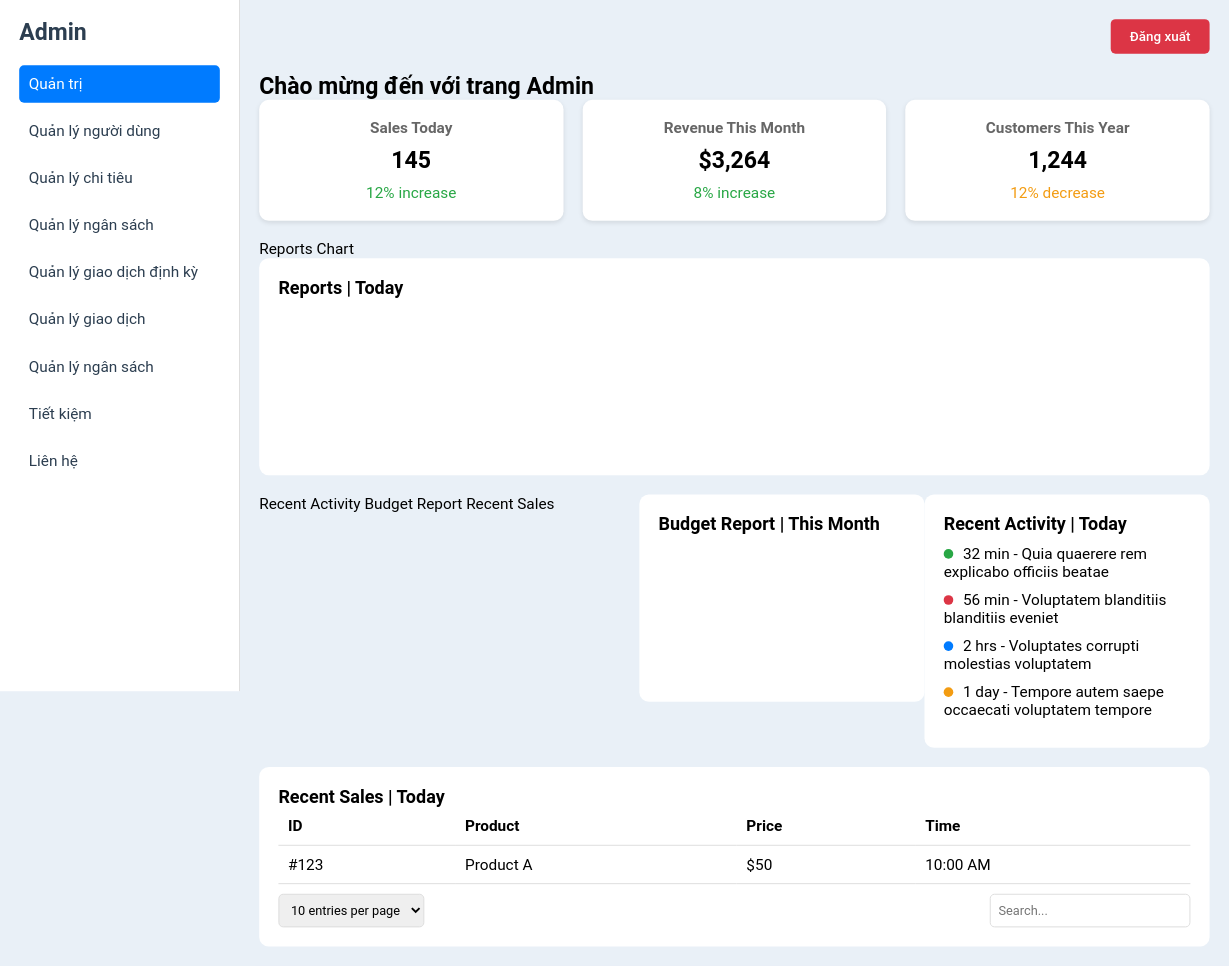
Repository: PhanVanHoa051204/Project3
Page: http://localhost/Project3/dashboard.jsp
These files come from the project's save history. The page is drawn as it stood at one moment and after the next save; the edit follows.
The browser window is 1280 px wide. The pictures show the whole page, at 96% of full size.
The page is served by Tomcat 9. Other server files are loaded and not shown.

Above is the page before, as saved 2025-03-14 10:52:56.

### PhanVanHoa_2210900023_K22CNT1/Project3/src/main/webapp/dashboard.jsp
<%@ page language="java" contentType="text/html; charset=UTF-8"
	pageEncoding="UTF-8"%>
<!DOCTYPE html>
<html lang="en">
<head>
<meta charset="UTF-8">
<meta name="viewport" content="width=device-width, initial-scale=1.0">
<title>Admin</title>
<link rel="stylesheet" href="style.css">

</head>
<body>
	<div class="container">
		<!-- Sidebar -->
		<div class="sidebar">
			<div class="logo">Admin</div>
			<ul>
				<li class="active"><a href="#">Quản trị</a></li>
				<li><a class ="" href="${pageContext.request.contextPath}/NguoiDung/users.jsp">Quản lý người dùng</a></li>
				<li><a class ="" href="${pageContext.request.contextPath}/ChiTieu/categories.jsp" >Quản lý chi tiêu</a></li>
				<li><a class ="" href="${pageContext.request.contextPath}/NganSach/budgets.jsp" >Quản lý ngân sách</a></li>
				<li><a href="#">Quản lý giao dịch định kỳ</a></li>
				<li><a href="#">Quản lý giao dịch</a></li>
				<li><a href="#">Quản lý ngân sách</a></li>
				<li><a href="#">Tiết kiệm</a></li>
				<li><a href="https://web.facebook.com/PhanHoa05122004">Liên hệ</a></li>

			</ul>
		</div>

		<!-- Main Content -->
		<div class="main-content">
			<header>
				 <div class="">
					<!-- <input type="" placeholder=""> -->
				</div>
				<div class="submit-section">
					<a href="login.jsp" class="logout-btn">Đăng xuất</a>
				</div>
			</header>

			<!-- <!-- Dashboard Content -->
			<div class="dashboard-content">
				<h2>Chào mừng đến với trang Admin</h2>


				<div class="cards">
					<div class="card">
						<h3>Sales Today</h3>
						<p>145</p>
						<span class="increase">12% increase</span>
					</div>
					<div class="card">
						<h3>Revenue This Month</h3>
						<p>$3,264</p>
						<span class="increase">8% increase</span>
					</div>
					<div class="card">
						<h3>Customers This Year</h3>
						<p>1,244</p>
						<span class="decrease">12% decrease</span>
					</div>
				</div>

				Reports Chart
				<div class="chart-section">
					<h3>Reports | Today</h3>
					<canvas id="reportsChart"></canvas>
				</div>

				Recent Activity
				<div class="recent-activity">
					<h3>Recent Activity | Today</h3>
					<ul>
						<li><span class="dot green"></span>32 min - Quia quaerere rem
							explicabo officiis beatae</li>
						<li><span class="dot red"></span>56 min - Voluptatem
							blanditiis blanditiis eveniet</li>
						<li><span class="dot blue"></span>2 hrs - Voluptates corrupti
							molestias voluptatem</li>
						<li><span class="dot yellow"></span>1 day - Tempore autem
							saepe occaecati voluptatem tempore</li>
					</ul>
				</div>

				Budget Report
				<div class="budget-report">
					<h3>Budget Report | This Month</h3>
					<canvas id="budgetChart"></canvas>
				</div>

				Recent Sales
				<div class="recent-sales">
					<h3>Recent Sales | Today</h3>
					<table>
						<thead>
							<tr>
								<th>ID</th>
								<th>Product</th>
								<th>Price</th>
								<th>Time</th>
							</tr>
						</thead>
						<tbody>
							<tr>
								<td>#123</td>
								<td>Product A</td>
								<td>$50</td>
								<td>10:00 AM</td>
							</tr>

						</tbody>
					</table>
					<div class="table-footer">
						<select>
							<option>10 entries per page</option>
						</select> <input type="text" placeholder="Search...">
					</div>
				</div>
			</div>
		</div>
	</div>

</body>
</html>

### PhanVanHoa_2210900023_K22CNT1/Project3/src/main/webapp/style.css
* {
    margin: 0;
    padding: 0;
    box-sizing: border-box;
    font-family: 'Roboto', sans-serif;
}

body {
    background-color: #E9F0F7;
}

.container {
    display: flex;
}

/* Sidebar */
.sidebar {
    width: 250px;
    background-color: #fff;
    padding: 20px;
    height: 100vh;
    border-right: 1px solid #ddd;
}

.logo {
    font-size: 24px;
    font-weight: bold;
    color: #2C3E50;
    margin-bottom: 20px;
}

.sidebar ul {
    list-style: none;
}

.sidebar ul li {
    margin: 10px 0;
}

.sidebar ul li a {
    text-decoration: none;
    color: #2C3E50;
    display: block;
    padding: 10px;
    border-radius: 5px;
}

.sidebar ul li.active a {
    background-color: #007BFF;
    color: #fff;
}

/* Main Content */
.main-content {
    flex: 1;
    padding: 20px;
}

header {
    display: flex;
    justify-content: space-between;
    align-items: center;
    margin-bottom: 20px;
}

.submit-section {
    display: flex;
    align-items: center;
}

/* Định dạng nút Đăng xuất */
.logout-btn {
    text-decoration: none;
    color: #fff;
    background-color: #DC3545; /* Màu đỏ cho nút Đăng xuất */
    padding: 10px 20px;
    border-radius: 5px;
    transition: background-color 0.3s;
    font-size: 14px;
    font-weight: 500;
    display: inline-block;
}

.logout-btn:hover {
    background-color: #C82333; /* Màu đỏ đậm hơn khi hover */
}

.logout-btn:focus {
    outline: none;
    box-shadow: 0 0 5px rgba(220, 53, 69, 0.5);
}

.search-bar input {
    padding: 8px;
    border: 1px solid #ddd;
    border-radius: 5px;
    width: 300px;
}

.user-info {
    display: flex;
    align-items: center;
}

.user-info span {
    margin-right: 10px;
}

.avatar {
    width: 40px;
    height: 40px;
    border-radius: 50%;
}

/* Cards */
.cards {
    display: flex;
    gap: 20px;
    margin-bottom: 20px;
}

.card {
    background-color: #fff;
    padding: 20px;
    border-radius: 10px;
    flex: 1;
    text-align: center;
    box-shadow: 0 2px 5px rgba(0, 0, 0, 0.1);
}

.card h3 {
    font-size: 16px;
    color: #666;
}

.card p {
    font-size: 24px;
    font-weight: bold;
    margin: 10px 0;
}

.increase {
    color: #28A745;
}

.decrease {
    color: #F39C12;
}

/* Chart Section */
.chart-section {
    background-color: #fff;
    padding: 20px;
    border-radius: 10px;
    margin-bottom: 20px;
}

.chart-section h3 {
    margin-bottom: 10px;
}

/* Recent Activity */
.recent-activity {
    background-color: #fff;
    padding: 20px;
    border-radius: 10px;
    margin-bottom: 20px;
    width: 30%;
    float: right;
}

.recent-activity ul {
    list-style: none;
}

.recent-activity li {
    margin: 10px 0;
}

.dot {
    display: inline-block;
    width: 10px;
    height: 10px;
    border-radius: 50%;
    margin-right: 10px;
}

.green { background-color: #28A745; }
.red { background-color: #DC3545; }
.blue { background-color: #007BFF; }
.yellow { background-color: #F39C12; }

/* Budget Report */
.budget-report {
    background-color: #fff;
    padding: 20px;
    border-radius: 10px;
    width: 30%;
    float: right;
    margin-bottom: 20px;
}

/* Recent Sales */
.recent-sales {
    background-color: #fff;
    padding: 20px;
    border-radius: 10px;
    clear: both;
}

.recent-sales table {
    width: 100%;
    border-collapse: collapse;
}

.recent-sales th, .recent-sales td {
    padding: 10px;
    text-align: left;
    border-bottom: 1px solid #ddd;
}

.table-footer {
    display: flex;
    justify-content: space-between;
    margin-top: 10px;
}

.table-footer select, .table-footer input {
    padding: 8px;
    border: 1px solid #ddd;
    border-radius: 5px;
}

After the next save:
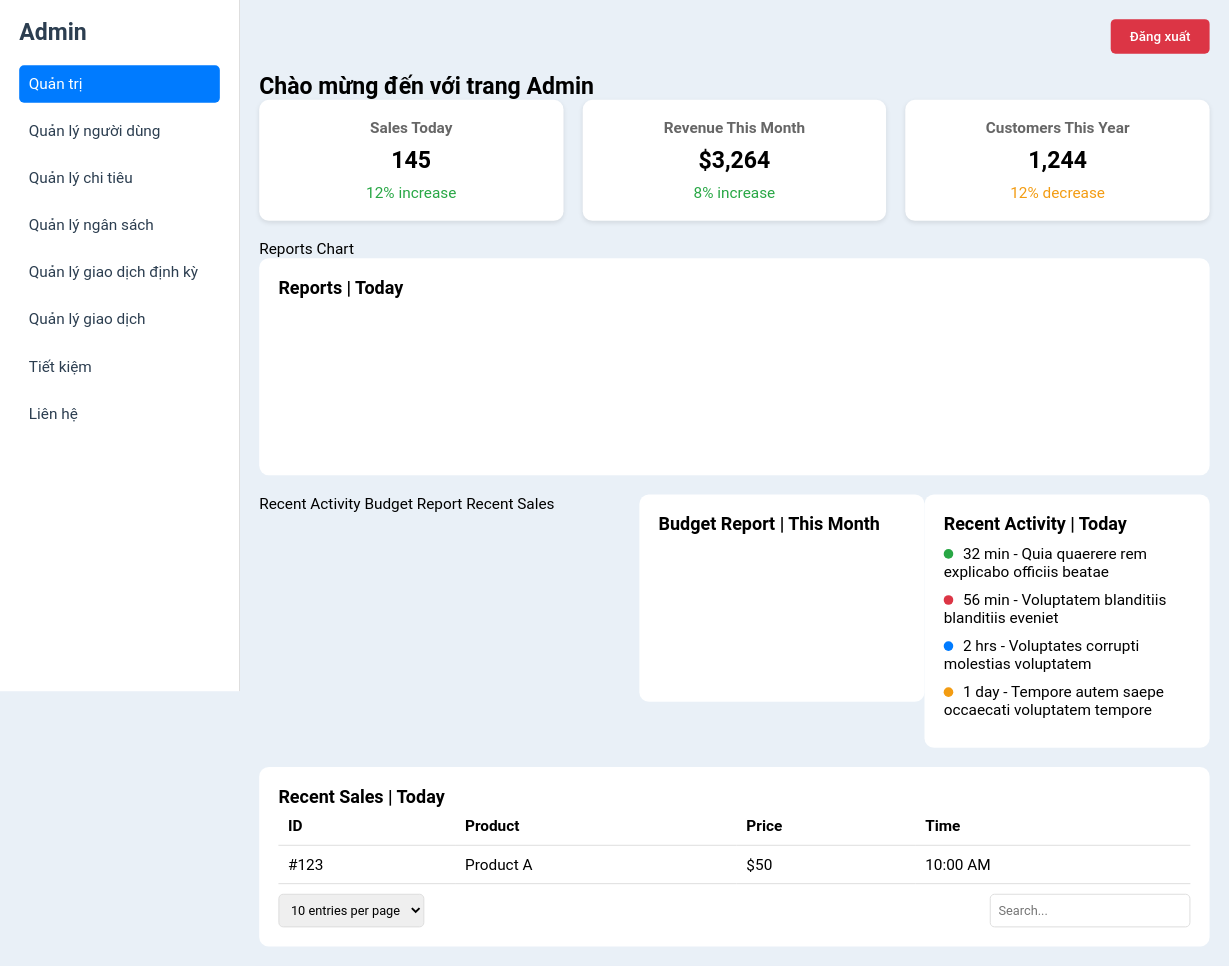
Saved 33 min 17 s later.
--- a/PhanVanHoa_2210900023_K22CNT1/Project3/src/main/webapp/dashboard.jsp
+++ b/PhanVanHoa_2210900023_K22CNT1/Project3/src/main/webapp/dashboard.jsp
@@ -21,7 +21,7 @@
 				<li><a class ="" href="${pageContext.request.contextPath}/NganSach/budgets.jsp" >Quản lý ngân sách</a></li>
 				<li><a href="#">Quản lý giao dịch định kỳ</a></li>
 				<li><a href="#">Quản lý giao dịch</a></li>
-				<li><a href="#">Quản lý ngân sách</a></li>
+
 				<li><a href="#">Tiết kiệm</a></li>
 				<li><a href="https://web.facebook.com/PhanHoa05122004">Liên hệ</a></li>
 
